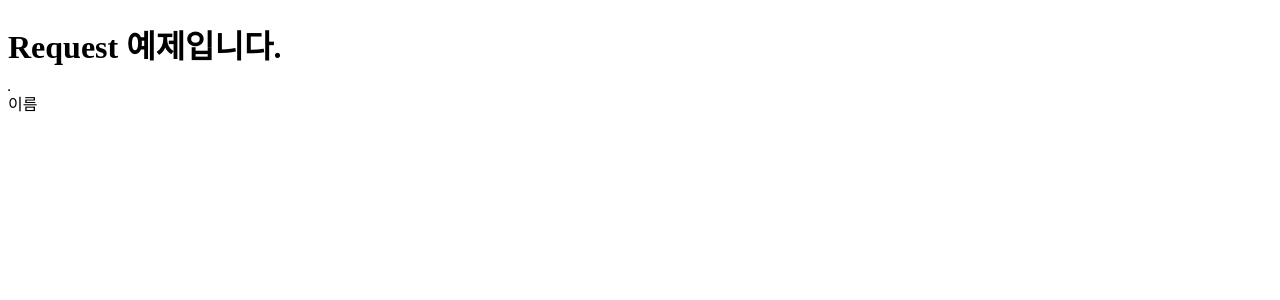
Repository: hyeri-seo/JSP
Page: http://localhost/JspExam5/requestTest1.jsp
The author's editor kept a copy of each file at every save. The page is drawn from the files as they stood at one save, then again after the next save.
The browser window is 1280 px wide. The pictures show the whole page.
The page is served by Tomcat 9.

Above is the page before, as saved 2023-09-20 03:42:12.

After the next save:
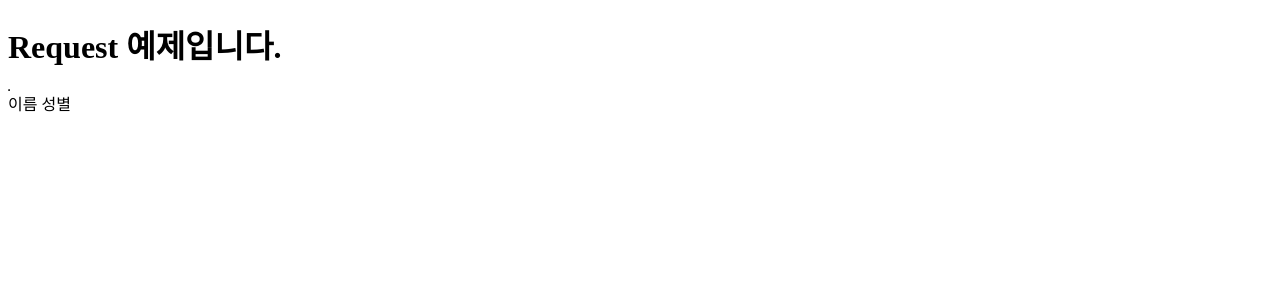
Saved 10 s later.
--- a/JspExam5/src/main/webapp/requestTest1.jsp
+++ b/JspExam5/src/main/webapp/requestTest1.jsp
@@ -15,7 +15,8 @@
 		<td></td>
 	</tr>
 	<tr>
-
+		<td>성별</td>
+		<td></td>
 	</tr>
 </body>
 </html>
